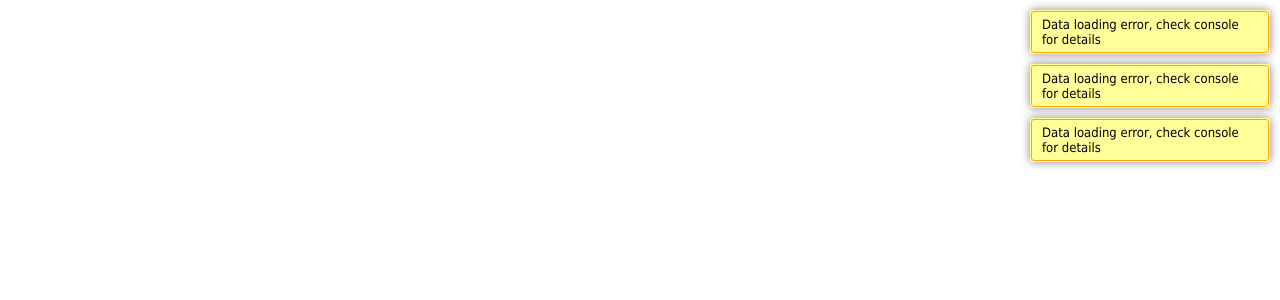
Repository: Startdoid/fnsc
Page: client/index.html
The author's editor kept a record of every edit. The page is drawn from the files as they stood at one moment, then again after the next edit.
The browser window is 1280 px wide. The pictures show the whole page.
The page's requests for data from a server got no answer.

Above is the page before.
Console error: ReferenceError: moment is not defined

### client/index.html
<!doctype html>
<html>
  <head>
    <meta content="charset=UTF-8" />
    <link rel="stylesheet" type="text/css" href="css/style.css" />
    <title>InTask.me</title>

    <script type="text/javascript" src="js/jquery.min.js"></script>
		<script type="text/javascript" src="js/underscore.js"></script>
		<script type="text/javascript" src="js/backbone.js"></script>

    <script type="text/javascript" src="codebase/webix_debug.js" charset="utf-8"></script>
    <link href="codebase/skins/compact.css" rel="stylesheet" type="text/css">

    <script type="text/javascript" src="js/main.js"></script>
  </head>

  <style>
  	div.friend_avatar {
		  width: 120px;
		  float: left;
	  }
	 	div.friend_avatar img {
	  	border: none;
	  }

  	div.friend_info span {
  		display: block;
  		width: 64px;
  		font-weight: bold;
  		float: left;
  	}
  	.friend_info, .friend_avatar {
  		padding:8px;
  		line-height: 21px;
  	}
  	.mainSelector .webix_list_item {
	    line-height:50px;
    }
    .bless {
      border: none;
    }
    /*.webix_tab_filler {*/
    /*  background-color: #ececec;*/
    /*}*/
    /*.webix_multiview {*/
    /*  background-color: #ececec;*/
    /*}*/
    /*.webix_spacer {*/
    /*  background-color: #ececec;*/
    /*}*/
    /*.webix_scrollview {*/
    /*  background-color: #ececec;*/
    /*}*/
  </style>

  <body>
	  <div id='frameBase'></div>
      <div id='toolbarHeader'></div>
  		<div id='multiviewLeft'></div>
  		  <div id='scrollviewLeft_Segments'></div>
  		    <div id='listSegments_SegmentsSelector'></div>
  		<div id='multiviewCentral'></div>
  		  <div id='frameCentral_Greeting'></div>
  		  <div id='tabviewCentral_Groups'></div>
  		    <div id='frameGroups_Mygroups'></div>
  		      <div id='toolbarMyGroups_Groupstool'></div>
  		      <div id='treetableMyGroups_Groupstable'></div>
  		    <div id='frameGroups_Communitygroups'></div>
  		  <div id='tabviewCentral_Task'></div>
  		    <div id='frameTask_Mytasks'></div>
  		      <div id='toolbarMytasks_Tasktool'></div>
  		      <div id='treetableMytasks_Tasktable'></div>
  		    <div id='frameTask_Incomingtasks'></div>
  		    <div id='frameTask_Outcomingtasks'></div>
  		  <div id='frameCentral_Register'></div>
  		  <div id='frameCentral_Login'></div>
  		    <div id="formLogin"></div>
  		    <div id="formRegistration"></div>
    		<div id='frameCentral_Users'></div>
      		<div id='dataviewCentral_Users'></div>
      	 		<div id="dataviewCentral_Users_template" style='display:none'>
          		<div class='friend_avatar'>
          			<img src='img/avatars/#img#'/>
          		</div>
          		<div class='friend_info'>
          			<div><span>Name:</span>#name#</div>
          			<div><span>Email:</span>#email#</div>
          		</div>
          	</div>
  		  <div id='tabviewCentral_User'></div>
  		    <div id='frameUser_Profile'></div>
  		      <div id='listProfile_UserAttributesSelector'></div>
  		      <div id='scrollviewProfile_UserAttributes'></div>
  		    <div id='frameUser_Albums'></div>
  		    <div id='frameUser_Achievements'></div>
  		    <div id='frameUser_Events'></div>
  		    <div id='frameUser_Message'></div>
  		<div id='multiviewRight'></div>
  		  <div id='scrollviewRight_UserFilter'></div>

    <script type="text/javascript" charset="utf-8">
      var webix = window.webix;
	    window.App = {
	      State:      {},
	      User:       {},
  	    Frame:      {},//webix cfg frame
        Models:     {},//backbone models
        Func:       {},//functions
        Collections:{},//backbone collections in collection dir
        Trees:      {},
        WinSize:    {pageWidth:0, pageHeight:0, windowWidth:0, windowHeight:0}
      };

      window.App.GetWinSize = function() {
        var xScroll, yScroll;
        if (window.innerHeight && window.scrollMaxY) {
          xScroll = document.body.scrollWidth;
          yScroll = window.innerHeight + window.scrollMaxY;
        } else if (document.body.scrollHeight > document.body.offsetHeight){ // all but Explorer Mac
          xScroll = document.body.scrollWidth;
          yScroll = document.body.scrollHeight;
        } else if (document.documentElement && document.documentElement.scrollHeight > document.documentElement.offsetHeight){ // Explorer 6 strict mode
          xScroll = document.documentElement.scrollWidth;
          yScroll = document.documentElement.scrollHeight;
        } else { // Explorer Mac...would also work in Mozilla and Safari
          xScroll = document.body.offsetWidth;
          yScroll = document.body.offsetHeight;
        }

        var windowWidth, windowHeight;
        if (window.self.innerHeight) { // all except Explorer
          windowWidth = window.self.innerWidth;
          windowHeight = window.self.innerHeight;
        } else if (document.documentElement && document.documentElement.clientHeight) { // Explorer 6 Strict Mode
          windowWidth = document.documentElement.clientWidth;
          windowHeight = document.documentElement.clientHeight;
        } else if (document.body) { // other Explorers
          windowWidth = document.body.clientWidth;
          windowHeight = document.body.clientHeight;
        }

        var pageHeight, pageWidth;
        // for small pages with total height less then height of the viewport
        if(yScroll < windowHeight){
          pageHeight = windowHeight;
        } else {
          pageHeight = yScroll;
        }

        // for small pages with total width less then width of the viewport
        if(xScroll < windowWidth){
          pageWidth = windowWidth;
        } else {
          pageWidth = xScroll;
        }

        window.App.WinSize = { 'pageWidth':pageWidth, 'pageHeight':pageHeight, 'windowWidth':windowWidth, 'windowHeight':windowHeight };
      }();

      webix.ui.fullScreen();
			webix.ready(implementFunction);
    </script>
    <script type="text/javascript" src='js/models/task.js'></script>
    <script type="text/javascript" src='js/models/user.js'></script>
    <script type="text/javascript" src='js/models/group.js'></script>
    <script type="text/javascript" src='js/collections/tasks.js'></script>
    <script type="text/javascript" src='js/collections/groups.js'></script>
    <script type="text/javascript" src='js/views/allviews.js'></script>
  </body>
</html>

### client/js/models/task.js
App.Models.Task = Backbone.Model.extend({
  defaults: {
    id: 0,
    parent_id: 0,
    description: 'Empty task',
    done: false
  },

  urlRoot: '/api/tasks'
});

### client/js/models/user.js
App.Models.User = Backbone.Model.extend({
  defaults: {
    id: 0,
    groupId: 0,
    username: 'try-user',
    password: '',
    country: 'Выбор страны',
    city: 'Выбор города',
    dateofbirth: new Date(),
    gender: 0,
    familystatus: 'Выбор статуса',
    thisTry: false,
    usrLogged: false,
  },

  urlRoot: '/api/users'
});

### client/js/models/group.js
App.Models.Group = Backbone.Model.extend({
  defaults: {
    id: 0,
    parent_id: 0,
    owner_id: 0,
    name: 'Default try',
    picId: 0,
    numUsers: 1,
    numTask: 0
  },
  urlRoot: '/api/groups'
  // initialize: function(data) {
  //   this.data = new collectionGroups();
  //   this.parse(data);
  // },
  // parse: function(data) {
  //   if(data.data) {
  //     this.data.reset(data.data);
  //   }
  //   return _.omit(data, 'data');
  // }
});

### client/js/collections/tasks.js
collectionTasks = Backbone.Collection.extend({
  model: App.Models.Task,
  url:"/api/tasks",
  //создает новую задачу вложенную в родительскую
  //parentId - id родительского элемента, в котором создается задача
  newTask: function(parentId) {
    var newId = 1;
    var curIndex = 0;
    for (var i = 0; i < this.models.length; i++) {
      if(this.models[i].id >= newId) {
        newId = this.models[i].id + 1;
      }

      if((this.models[i].get('parent_id') === parentId) || (this.models[i].get('id') === parentId)) {
        curIndex = i;
      }
    }

    var newModel = new App.Models.Task({
      id:newId,
      parent_id:parentId,
      description:'New task'});

    newModel.save();

    this.add( newModel, {at: curIndex + 1} );
  },
  //получает из коллекции моделей массив всех подчиненных элементов родительскому
  //groupId - id родительского элемента, по которому происходит поиск вложенных
  //возвращает массив вложенных элементов
  getInnerTask: function(parentId) {
    var listTask = [this.get(parentId)];
    for (var i = 0; i < this.models.length; i++) {
      for (var c = 0; c < listGroup.length; c++) {
        if (this.models[i].get('parent_id') === listTask[c].id) {
          listTask.push(this.models[i]);
        }
      }
    }

    return listTask;
  },
  //удаляет указанную задачу из коллекции и все вложенные задачи
  //selectedId - id задачи, которую необходимо удалить
  removeTask: function(selectedId) {
    var listTask = this.getInnerTask(selectedId);

    for (var i = listTask.length - 1; i >= 0; i--) {
      this.remove(listTask[i]);
    }
  },
  moveTask: function(selectedId, direction, indexDestination, parentDestination)
  {
    //получаем перемещаемый элемент и его индекс
    var currentElement = this.get(selectedId);
    var currentElementIndex = this.models.indexOf(currentElement);

    if ((direction === 'up') || (direction === 'uplevel') || (direction === 'downlevel')) {
      //если элемент с индексом 0, то он находится в самом начале списка и не требует дальнейшего перемещения
      if (currentElementIndex === 0) { return; }
    } else if (direction === 'down') {
      //если элемент с индексом равным размеру массива, то он находится в самом конце списка и не требует дальнейшего перемещения
      if (currentElementIndex === this.models.length - 1) { return; }
    }

    //получаем элемент смещения
    var shiftedElementIndex = currentElementIndex;
    var shiftedElement = this.models[shiftedElementIndex];

    if (direction === 'jump') {
      var posArray = [ {
      'parent' : this.models[0].get('parent_id'),
      'index' : -1
      } ];
      var cur = posArray[0];

      for (var i = 0; i < this.models.length; i++) {
        var pid = this.models[i].get('parent_id');

        if (cur.parent === pid) {
          cur.index++;
        } else {
          cur = _.findWhere(posArray, { 'parent': pid });
          if (typeof cur === 'undefined') {
            cur = { 'parent' : pid, 'index' : 0 };
            posArray.push(cur);
          }
        }

        if (pid === parentDestination && cur.index === indexDestination) {
          shiftedElementIndex = i;
          shiftedElement = this.models[i];
          break;
        }
      }
    } else {
      var shiftedId = ((direction === 'up') || (direction === 'down') || (direction === 'downlevel')) ? 'parent_id' : 'id';

      do {
        if ((direction === 'up') || (direction === 'uplevel') || (direction === 'downlevel')) {
          shiftedElementIndex = shiftedElementIndex - 1;
          if(shiftedElementIndex === -1) { return; }
        } else if (direction === 'down') {
          shiftedElementIndex = shiftedElementIndex + 1;
          if(shiftedElementIndex === this.models.length) { return; }
        }
        shiftedElement = this.models[shiftedElementIndex];
      } while(shiftedElement.get(shiftedId)  != currentElement.get('parent_id'));

      if (direction === 'uplevel') {
        currentElement.set({ parent_id: shiftedElement.get('parent_id') }, { silent: true });
        currentElement.save();
      } else if (direction === 'downlevel') {
        currentElement.set({ parent_id: shiftedElement.get('id') }, { silent: true });
        currentElement.save();
      }
    }

    //получаем список вложенных элементов и индекс последнего, мы вырежем этот интервал из массива
    //и переместим весь на позицию вверх
    var listTask = this.getInnerTask(selectedId);

    //удаляем вложенные элементы из массива
    var deletedElements = this.models.splice(currentElementIndex, listTask.length);

    //переинициализируем индекс сдвигаемого элемента
    if (direction === 'down' || direction === 'downlevel') {
      shiftedElementIndex = this.models.indexOf(shiftedElement);
      shiftedElementIndex = shiftedElementIndex + 1;
    }

    //помещаем удаленные элементы в новую позицию
    if(shiftedElementIndex === this.models.length) {
      for (var i = 0; i < deletedElements.length; i++) {
        this.models.push(deletedElements[i]);
      }
    } else {
      for (var i = 0; i < deletedElements.length; i++) {
        this.models.splice(shiftedElementIndex + i, 0, deletedElements[i]);
      }
    }

    //this.trigger('move', selectedId, shiftedElement.get('id'));
    //currentPosId, newPosId, parentId
    if (direction != 'jump') {
      this.trigger('move', selectedId, shiftedElement.get('id'), currentElement.get('parent_id'));
    } else {
      this.trigger('move', selectedId, shiftedElement.get('id'), shiftedElement.get('parent_id'));
    }
  }
});

### client/js/collections/groups.js
collectionGroups = Backbone.Collection.extend({
  model: App.Models.Group,
  url:"/api/groups",
  //создает новую группу вложенную в родительскую
  //parentId - id родительского элемента, в котором создается группа
  newGroup: function(parentId) {
    var newId = 1;
    var curIndex = 0;
    //for (var i = this.models.length - 1; i >= 0; i--) {
    for (var i = 0; i < this.models.length; i++) {
      if(this.models[i].id >= newId) {
        newId = this.models[i].id + 1;
      }

      if((this.models[i].get('parent_id') === parentId) || (this.models[i].get('id') === parentId)) {
        curIndex = i;
      }
    }

    //if(curIndex === 0) {}
    var newModel = new App.Models.Group({
      id:newId,
      parent_id:parentId,
      name:'New group'});

    newModel.save();

    this.add( newModel, {at: curIndex + 1} );
  },
  //получает из коллекции моделей массив всех подчиненных элементов родительскому
  //groupId - id родительского элемента, по которому происходит поиск вложенных
  //возвращает массив вложенных элементов
  getInnerGroup: function(parentId) {
    var listGroup = [this.get(parentId)];
    for (var i = 0; i < this.models.length; i++) {
      for (var c = 0; c < listGroup.length; c++) {
        if (this.models[i].get('parent_id') === listGroup[c].id) {
          listGroup.push(this.models[i]);
        }
      }
    }

    return listGroup;
  },
  //удаляет указанную группу из коллекции и все вложенные группы
  //selectedId - id группы, которую необходимо удалить
  removeGroup: function(selectedId) {
    var listGroup = this.getInnerGroup(selectedId);

    for (var i = listGroup.length - 1; i >= 0; i--) {
      this.remove(listGroup[i]);
    }
  },
  moveGroup: function(selectedId, direction, indexDestination, parentDestination)
  {
    //получаем перемещаемый элемент и его индекс
    var currentElement = this.get(selectedId);
    var currentElementIndex = this.models.indexOf(currentElement);

    if ((direction === 'up') || (direction === 'uplevel') || (direction === 'downlevel')) {
      //если элемент с индексом 0, то он находится в самом начале списка и не требует дальнейшего перемещения
      if (currentElementIndex === 0) { return; }
    } else if (direction === 'down') {
      //если элемент с индексом равным размеру массива, то он находится в самом конце списка и не требует дальнейшего перемещения
      if (currentElementIndex === this.models.length - 1) { return; }
    }

    //получаем элемент смещения
    var shiftedElementIndex = currentElementIndex;
    var shiftedElement = this.models[shiftedElementIndex];

    if (direction === 'jump') {
      var posArray = [ {
      'parent' : this.models[0].get('parent_id'),
      'index' : -1
      } ];
      var cur = posArray[0];

      for (var i = 0; i < this.models.length; i++) {
        var pid = this.models[i].get('parent_id');

        if (cur.parent === pid) {
          cur.index++;
        } else {
          cur = _.findWhere(posArray, { 'parent': pid });
          if (typeof cur === 'undefined') {
            cur = { 'parent' : pid, 'index' : 0 };
            posArray.push(cur);
          }
        }

        if (pid === parentDestination && cur.index === indexDestination) {
          shiftedElementIndex = i;
          shiftedElement = this.models[i];
          break;
        }
      }
    } else {
      var shiftedId = ((direction === 'up') || (direction === 'down') || (direction === 'downlevel')) ? 'parent_id' : 'id';

      do {
        if ((direction === 'up') || (direction === 'uplevel') || (direction === 'downlevel')) {
          shiftedElementIndex = shiftedElementIndex - 1;
          if(shiftedElementIndex === -1) { return; }
        } else if (direction === 'down') {
          shiftedElementIndex = shiftedElementIndex + 1;
          if(shiftedElementIndex === this.models.length) { return; }
        }
        shiftedElement = this.models[shiftedElementIndex];
      } while(shiftedElement.get(shiftedId)  != currentElement.get('parent_id'));

      if (direction === 'uplevel') {
        currentElement.set({ parent_id: shiftedElement.get('parent_id') }, { silent: true });
        currentElement.save();
      } else if (direction === 'downlevel') {
        currentElement.set({ parent_id: shiftedElement.get('id') }, { silent: true });
        currentElement.save();
      }
    }

    //получаем список вложенных элементов и индекс последнего, мы вырежем этот интервал из массива
    //и переместим весь на позицию вверх
    var listGroup = this.getInnerGroup(selectedId);

    //удаляем вложенные элементы из массива
    var deletedElements = this.models.splice(currentElementIndex, listGroup.length);

    //переинициализируем индекс сдвигаемого элемента
    if (direction === 'down' || direction === 'downlevel') {
      shiftedElementIndex = this.models.indexOf(shiftedElement);
      shiftedElementIndex = shiftedElementIndex + 1;
    }

    //помещаем удаленные элементы в новую позицию
    if(shiftedElementIndex === this.models.length) {
      for (var i = 0; i < deletedElements.length; i++) {
        this.models.push(deletedElements[i]);
      }
    } else {
      for (var i = 0; i < deletedElements.length; i++) {
        this.models.splice(shiftedElementIndex + i, 0, deletedElements[i]);
      }
    }

    //this.trigger('move', selectedId, shiftedElement.get('id'));
    //currentPosId, newPosId, parentId
    if (direction != 'jump') {
      this.trigger('move', selectedId, shiftedElement.get('id'), currentElement.get('parent_id'));
    } else {
      this.trigger('move', selectedId, shiftedElement.get('id'), shiftedElement.get('parent_id'));
    }
  }
});

### client/js/treemanager.js
//***************************************************************************
//TREE MANAGER
//объект организует работу с деревьями, для того что бы линейную бэкбоновскую коллекцию
//разворачивать в древовидную структуру и выводить в webix-овые вьюхи
var treeManager = function (collection) {
  //древовидный массив
  var tree = [];
  var views = [];

  //рекурсивный перебор
  var treeRecursively = function(branch, list) {
    if (typeof branch === 'undefined') return null;
    var tr = [];
    for(var i = 0; i < branch.length; i++) {
      if(branch.length > 1) {
        branch[i].data = treeRecursively(list[ branch[i].id ], list);
      }
      tr.push(branch[i]);
    }
    return tr;
  };

  //функция рекурсивного обхода дерева, корень дерева представлен, как branch
  //ветка дерева содержится в массиве data корня branch т.е. branch->data[branch->data[branch->data]] и т.д.
  var recursively = function(branch, element, oper) {
    //проверка на то что корень является данными типа - объект
    if (typeof branch === 'undefined') return false;
    //проверка на то что корень не обнулен
    if (branch === null) return false;

    //Если родитель корневой элемент, то добавим в корень
    if ((oper === 'add') && (element.parent_id === 0)) {
      branch.push(element);
      return true;
    }

    for (var i = 0; i<branch.length; i++) {
      if (branch[i] === null) continue;

      if (oper === 'add') {
        if (element.parent_id === branch[i].id) {
          if ((branch[i].data === null) || (typeof branch[i].data === 'undefined')) {
            branch[i].data = [];
          }
          branch[i].data.push(element);
          return true;
        } else {
          if(recursively(branch[i].data, element, oper)) { return true }
        }
      } else {
        if (element.id === branch[i].id) {
          //var deletedElements = this.models.splice(delElementIndex, 1); ПОПРОБУЙ
          branch[i] = null;
          //delete branch[i];
          return true;
        }
        else
        {
          if(recursively(branch[i].data, element, oper)) { return true }
        }
      }
    }
  };

  this.treeBuild = function(collection) {
    //преобразуем в линейный массив бэкбоновскую коллекцию (разворачиваем атрибуты объекта)
    var maplist = collection.map(function(object) { return object.attributes });
    if(maplist.length > 0) {
      //сгруппируем элементы массива по родителю
      var list = _.groupBy(maplist, 'parent_id');
      //рекурсивно перебирая сгруппированный массив построим дерево
      tree = treeRecursively(list[0], list);
    } else {
      tree = [];
    }
  };

  //добавление элемента в дерево, автоматическое обновление элементов во вьюхах из массива views
  this.treeAdd = function(element) {
    var result = recursively(tree, webix.copy(element.attributes), 'add');
    if(result) {
      //var currentItem = views[0].getItem(element.attributes.parent_id);
      //views[0].data.sync(tree);
      for (var i = views.length; i--; ) {
        //var insertIndex = tree.getIndexById(element.attributes.parent_id);
        views[i].add(webix.copy(element.attributes), -1, element.attributes.parent_id);
        views[i].refresh();
      }
    }
  };

  this.treeRemove = function(element) {
    var result = recursively(tree, element.attributes, 'delete');
    if(result) {
      for (var i = views.length; i--; ) {
        views[i].remove(element.attributes.id);
        views[i].refresh();
      }
    }
  };

  this.treeChange = function(element) {
    for (var i = views.length; i--; ) {
      var record = views[i].getItem(element.get('id'));
      var chgAtr = element.changedAttributes();
      var keysArr = _.keys(chgAtr);
      var valuesArr = _.values(chgAtr);
      for (var j = keysArr.length; j--; ) {
        record[keysArr[j]] = valuesArr[j];
      }
      views[i].refresh();
    }
  };

  this.move = function(currentPosId, newPosId, parentId) {
    for (var i = views.length; i--; ) {
      //var newPosIndex = views[i].getBranchIndex(newPosId, views[i].getParentId(newPosId));
      //views[i].move(currentPosId, newPosIndex, null, { parent: views[i].getParentId(newPosId) });
      //views[i].refresh();
      var newPosIndex = views[i].getBranchIndex(newPosId, parentId);
      views[i].move(currentPosId, newPosIndex, null, { parent: parentId });
      views[i].refresh();
    }
  };

  //добавление вьюхи в масс��в для датабиндинга
  this.viewsAdd = function(view) {
    if (typeof view === 'object')
    {
      //добавим в массив, если нет такой
      if(views.indexOf(view) === -1) {
        views.push(view);

        //обновим вновь добавленную вьюху информцией из дерева
        view.clearAll();
        view.parse(JSON.stringify(tree));
      }
    }
  };

  //удаление вьюхи из массива датабиндинга
  this.viewsDelete = function(view) {
    console.log('view delete');
  };

  //если при создании объекта передан не пустой параметр, то формируется дерево
  if (typeof collection !== 'undefined')
  {
    this.treeBuild(collection);
  }
};

Loaded but not shown: client/js/jquery.min.js (library); client/codebase/webix_debug.js (library); client/codebase/skins/compact.css (library); client/js/views/allviews.js (1848 lines, source omitted); client/js/backbone.js (1608 lines, source omitted); client/js/underscore.js (1416 lines, source omitted); client/js/main.js (442 lines, source omitted); client/css/style.css (no copy from this time; the picture is the same without it)

After the next edit:
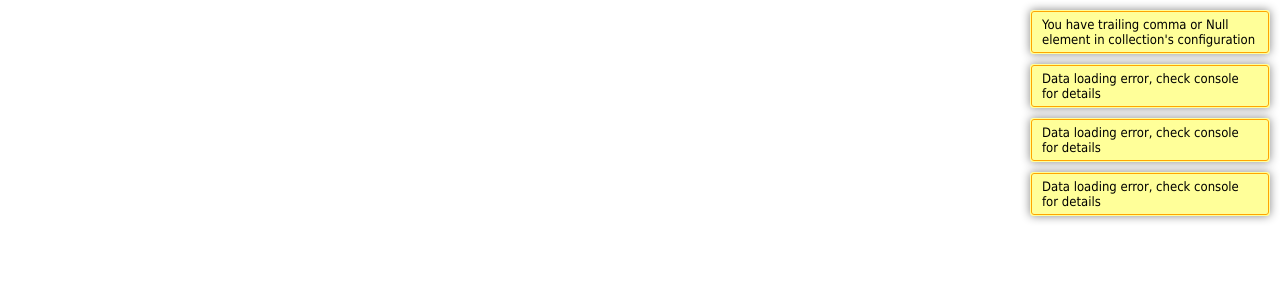
The edit:
--- a/client/index.html
+++ b/client/index.html
@@ -167,5 +167,6 @@
     <script type="text/javascript" src='js/collections/tasks.js'></script>
     <script type="text/javascript" src='js/collections/groups.js'></script>
     <script type="text/javascript" src='js/views/allviews.js'></script>
+    <script type="text/javascript" src='js/treemanager.js'></script>
   </body>
 </html>
